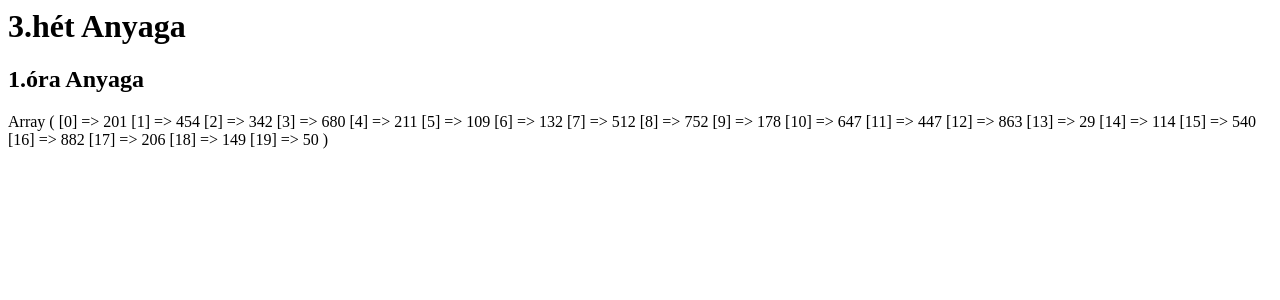
Repository: doomhyena/htdocs
Page: http://localhost/03.Week/index.php
These files come from the project's save history. The page is drawn as it stood at one moment and after a run of saves; the edit follows.
The browser window is 1280 px wide. The pictures show the whole page.
The page is run by PHP 8.4 with error messages shown; the project is at /var/www/html/.

Above is the page before, as saved 2024-09-16 12:13:53.

### 03.Week/index.php
<?php

echo "<h1>3.hét Anyaga</h1>";
echo "<h2>1.óra Anyaga</h2>";


$list = array();

for ($i = 0; $i < 20; $i++) {
    $randomnumber = rand(0, 1000);

    array_push($list, $randomnumber);
}
print_r($list)
?>

After the next 2 saves:
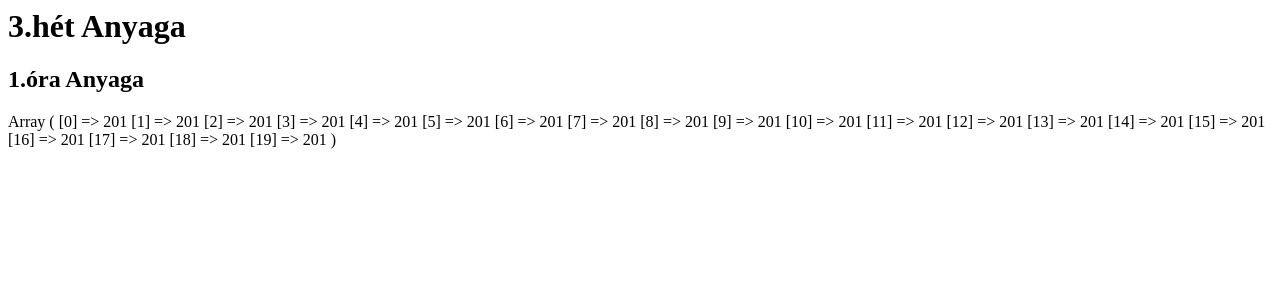
The 2 saves are shown as one change because they came seconds apart.
The last was saved 38 s later.
--- a/03.Week/index.php
+++ b/03.Week/index.php
@@ -5,10 +5,9 @@ echo "<h2>1.óra Anyaga</h2>";
 
 
 $list = array();
+$randomnumber = rand(0, 1000);
 
 for ($i = 0; $i < 20; $i++) {
-    $randomnumber = rand(0, 1000);
-
     array_push($list, $randomnumber);
 }
 print_r($list)
